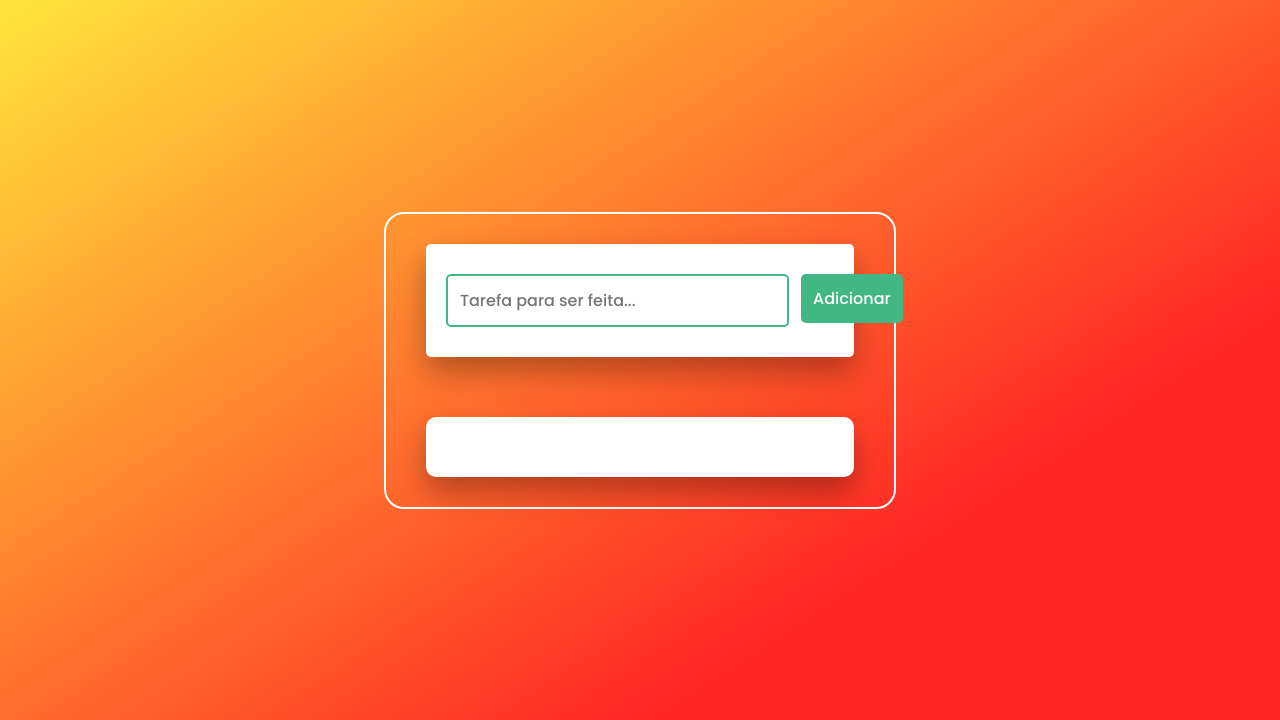
Repository: PetersonAntonyDev/python-flask-
Page: index.html
The author's editor kept a copy of each file at every save. The page is drawn from the files as they stood at one save, then again after the next save.
The browser window is 1280 px wide. The pictures show the whole page.
The first visible `.new-task-container input` has the focus.
Some web libraries are served in a nearby version.

Above is the page before, as saved 2022-07-26 13:50:05.

### index.html
<!DOCTYPE html>
<html lang="en">

<head>
    <meta charset="UTF-8" />
    <meta http-equiv="X-UA-Compatible" content="IE=edge" />
    <meta name="viewport" content="width=device-width, initial-scale=1.0" />
    <title>EM PROGRESSO - Lista de Tarefas</title>
    <link rel="preconnect" href="https://fonts.googleapis.com" />
    <link rel="preconnect" href="https://fonts.gstatic.com" crossorigin />
    <link href="https://fonts.googleapis.com/css2?family=Poppins:wght@400;500;700&display=swap" rel="stylesheet" />
    <link rel="stylesheet" href="/style.css" />
</head>

<body>
    <div class="container">
        <div class="new-task-container">
            <input type="text" class="new-task-input" placeholder="Tarefa para ser feita..." />

            <button class="new-task-button">Adicionar</button>
        </div>

        <div class="tasks-container"></div>
    </div>

    <script src="https://kit.fontawesome.com/f9e19193d6.js" crossorigin="anonymous"></script>
    <script src="/script.js"></script>
</body>

</html>

### style.css
* {
    margin: 0;
    padding: 0;
    box-sizing: border-box;
    font-family: "Poppins", sans-serif;
  }

  body {
    height: 100vh;
    background-color: #FFE53B;
    background-image: linear-gradient(147deg, #FFE53B 0%, #FF2525 74%);
    display: flex;
    align-items: center;
    justify-content: center;
  }

  .container {
    border-radius: 20px;
    border: 2px solid #fff;
    padding: 30px 40px;
    width: 40%;
    min-width: 500px;
  }

  .new-task-container {
    background-color: #fff;
    padding: 30px 20px;
    border-radius: 5px;
    box-shadow: 0 15px 30px rgba(0, 0, 0, 0.3);
    display: flex;
  }

  .new-task-container input {
    flex: 3;
    font-size: 1rem;
    border: 2px solid #d1d3d4;
    border-radius: 5px;
    padding: 12px;
    font-weight: 500;
  }

  .new-task-container input:focus {
    outline: none;
    border-color: #41b883;
  }

  .new-task-button {
    flex: 1;
    border-radius: 5px;
    font-weight: 500;
    height: 100%;
    font-size: 1rem;
    border: none;
    background-color: #41b883;
    color: #fff;
    padding: 12px;
    margin-left: 12px;
    cursor: pointer;
  }

  .tasks-container {
    background-color: #fff;
    padding: 30px 20px;
    margin-top: 60px;
    border-radius: 10px;
    box-shadow: 0 15px 30px rgba(0, 0, 0, 0.3);
    width: 100%;
  }

  .task-item {
    display: flex;
    justify-content: space-between;
    align-items: center;
    margin-bottom: 6px;
    margin-top: 6px;
  }

  .task-item i {
    background-color: #41b883;
    color: #fff;
    padding: 12px;
    border-radius: 5px;
  }

  .task-item i:hover {
    cursor: pointer;
  }

  /* Utilities */
  .error {
    border: 2px solid red !important;
  }

  .error::placeholder {
    color: red;
  }

  .completed {
    text-decoration: line-through;
  }

### script.js
const inputElement = document.querySelector(".new-task-input");
const addTaskButton = document.querySelector(".new-task-button");

const tasksContainer = document.querySelector(".tasks-container");

const validateInput = () => inputElement.value.trim().length > 0;

const handleAddTask = () => {
    const inputIsValid = validateInput();

    console.log(inputIsValid);

    if (!inputIsValid) {
        return inputElement.classList.add("error");
    }

    const taskItemContainer = document.createElement("div");
    taskItemContainer.classList.add("task-item");

    const taskContent = document.createElement("p");
    taskContent.innerText = inputElement.value;

    taskContent.addEventListener("click", () => handleClick(taskContent));

    const deleteItem = document.createElement("i");
    deleteItem.classList.add("far");
    deleteItem.classList.add("fa-trash-alt");

    deleteItem.addEventListener("click", () =>
        handleDeleteClick(taskItemContainer, taskContent)
    );

    taskItemContainer.appendChild(taskContent);
    taskItemContainer.appendChild(deleteItem);

    tasksContainer.appendChild(taskItemContainer);

    inputElement.value = "";

    updateLocalStorage();
};

const handleClick = (taskContent) => {
    const tasks = tasksContainer.childNodes;

    for (const task of tasks) {
        const currentTaskIsBeingClicked = task.firstChild.isSameNode(taskContent);

        if (currentTaskIsBeingClicked) {
            task.firstChild.classList.toggle("completed");
        }
    }

    updateLocalStorage();
};

const handleDeleteClick = (taskItemContainer, taskContent) => {
    const tasks = tasksContainer.childNodes;

    for (const task of tasks) {
        const currentTaskIsBeingClicked = task.firstChild.isSameNode(taskContent);

        if (currentTaskIsBeingClicked) {
            taskItemContainer.remove();
        }
    }

    updateLocalStorage();
};

const handleInputChange = () => {
    const inputIsValid = validateInput();

    if (inputIsValid) {
        return inputElement.classList.remove("error");
    }
};

const updateLocalStorage = () => {
    const tasks = tasksContainer.childNodes;

    const localStorageTasks = [...tasks].map((task) => {
        const content = task.firstChild;
        const isCompleted = content.classList.contains("completed");

        return { description: content.innerText, isCompleted };
    });

    localStorage.setItem("tasks", JSON.stringify(localStorageTasks));
};

const refreshTasksUsingLocalStorage = () => {
    const tasksFromLocalStorage = JSON.parse(localStorage.getItem("tasks"));

    if (!tasksFromLocalStorage) return;

    for (const task of tasksFromLocalStorage) {
        const taskItemContainer = document.createElement("div");
        taskItemContainer.classList.add("task-item");

        const taskContent = document.createElement("p");
        taskContent.innerText = task.description;

        if (task.isCompleted) {
            taskContent.classList.add("completed");
        }

        taskContent.addEventListener("click", () => handleClick(taskContent));

        const deleteItem = document.createElement("i");
        deleteItem.classList.add("far");
        deleteItem.classList.add("fa-trash-alt");

        deleteItem.addEventListener("click", () =>
            handleDeleteClick(taskItemContainer, taskContent)
        );

        taskItemContainer.appendChild(taskContent);
        taskItemContainer.appendChild(deleteItem);

        tasksContainer.appendChild(taskItemContainer);
    }
};

refreshTasksUsingLocalStorage();

addTaskButton.addEventListener("click", () => handleAddTask());

inputElement.addEventListener("change", () => handleInputChange());

After the next save:
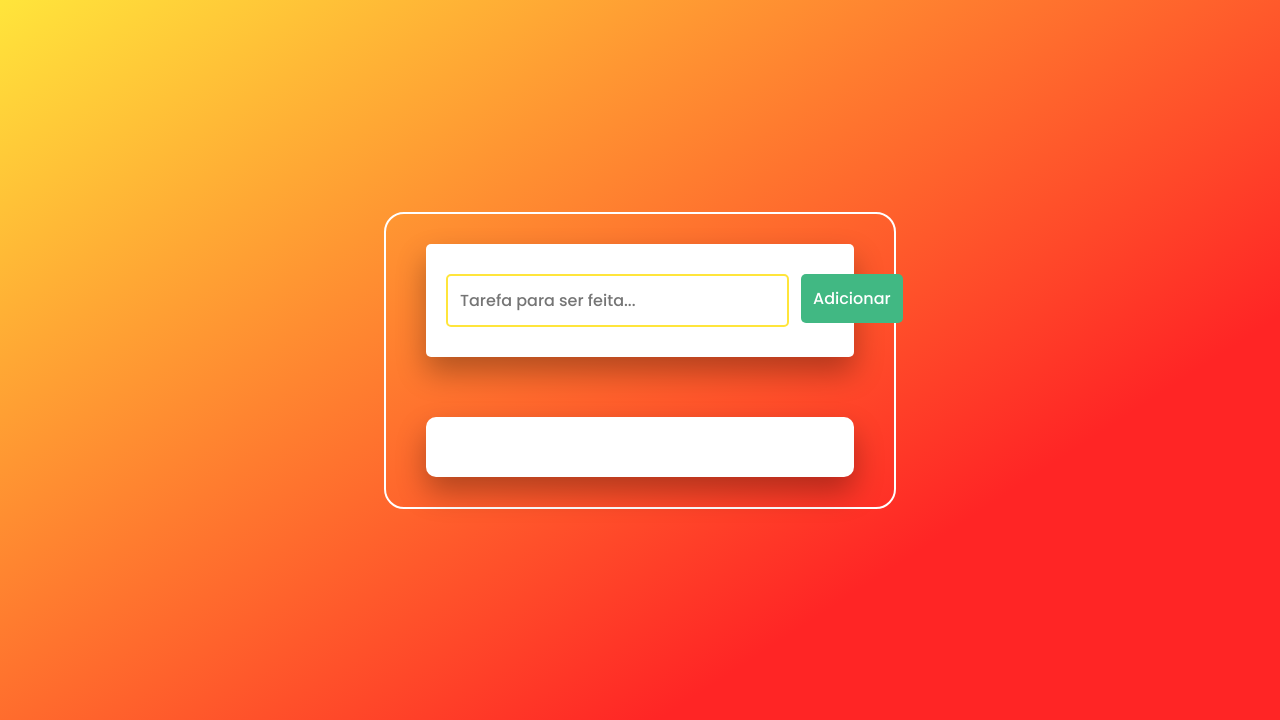
Saved 29 s later.
--- a/style.css
+++ b/style.css
@@ -41,7 +41,7 @@
 
   .new-task-container input:focus {
     outline: none;
-    border-color: #41b883;
+    border-color: #FFE53B;
   }
 
   .new-task-button {
